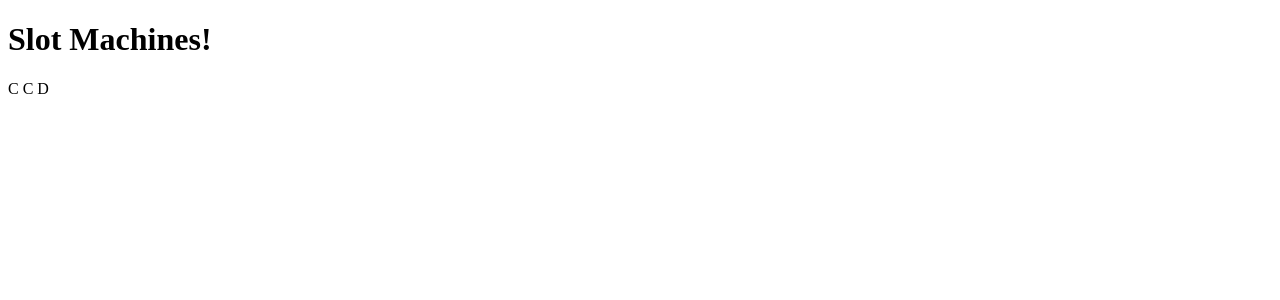
Repository: randy918/colt-react
Page: index.html
An editor plug-in stored every save of this project. The page is shown before and after the next save, followed by the edit.
The browser window is 1280 px wide. The pictures show the whole page.

Above is the page before, as saved 2023-01-30 20:14:21.

### index.html
<!DOCTYPE html>
<html lang="en">

    <head>
        <meta charset="UTF-8">
        <meta http-equiv="X-UA-Compatible" content="IE=edge">
        <meta name="viewport" content="width=device-width, initial-scale=1.0">
        <!-- <link rel="style = stylesheet" href="css/main.css"> -->
        <title>JSX Demo</title>
    </head>

    <body>

        <div id="root"></div> <!-- where component goes-->

        <script src="https://unpkg.com/react/umd/react.development.js"></script>

        <script src="https://unpkg.com/react-dom/umd/react-dom.development.js"></script>

        <script src="https://unpkg.com/babel-standalone"></script>

        <script src="myfunctions.js"></script>
        <script src="SlotMachine.js" type="text/jsx"></script>
        <script src="index.js" type="text/jsx"></script>













    </body>

</html>

### myfunctions.js
//todo   function a(toAlert)
//todo   function c(toConsole)
//todo   function cr(toConsole)
//todo   function r(min, max)  Random integers, can be just 'max'
//todo   function getTime()--works! it is 72519.1414 format
//todo   function getCompleteDate()
//todo   function getMinute()
//todo   function getHour()
//todo   function getHour00()
//todo   function get24Hour()
//todo   function get24Hour00()
//todo   function getDay()
//todo   function getDay00()
//todo   function getMonth()
//todo   function getMonth00()
//todo   function getYear()
//todo   function getYear00()
//todo   function t()    eternal timestamp long number
//todo   function placeText(myIdClass, text)   unsure if it works?
//todo   function placeText2(myIdClass, text)   unsure if it works?
//todo   function getText(myIdClass)....brings whole line incl. tags
//todo   function getInnerText(myIdClass)
//todo   function getOuterText(myIdClass)
//todo   function addClass(myIdClass, newClass)
//todo   function removeClass(myIdClass, removeClass)
//todo   function changeBackgroundColor(myIdClass, color)
//todo   function changeTypeColor(myIdClass, color)
//todo   function changeTypeSize(myIdClass, size)
//todo   function addCSSText(myIdClass, text)

function a(toAlert) {
  alert(toAlert);
}

function c(toConsole) {
    //  var styles = [
    //      // 'font-size: 30px', 'font-family: Times New Roman,Times, serif ,
    //      'font-family: Overpass', 'font-size: 12px'
    //  ].join(';');
    console.log(toConsole);
}
// function c(toConsole) {
//      var styles = [
//          // 'font-size: 30px', 'font-family: Times New Roman,Times, serif ,
//          'font-family: Overpass', 'font-size: 12px'
//      ].join(';');
//     console.log(`%c` + toConsole, styles);
// }

function cy(toConsole) {
  var styles = [
    // 'font-size: 30px', 'font-family: Times New Roman,Times, serif ,
    "color: gold",
    "font-family: Overpass",
    "font-size: 1.5vh",
  ].join(";");
  console.log(`%c` + toConsole, styles);
}

function cr(toConsole) {
  var styles = [
    // 'font-size: 30px', 'font-family: Times New Roman,Times, serif ,
    "color: red",
    "font-family: Overpass",
    "font-size: 1.5vh",
  ].join(";");
  console.log(`%c` + toConsole, styles);
}

function cb(toConsole) {
  var styles = [
    // 'font-size: 30px', 'font-family: Times New Roman,Times, serif ,
    "color: blue",
    "font-family: Overpass",
    "font-size: 1.5vh",
  ].join(";");
  console.log(`%c` + toConsole, styles);
}

function cw(toConsole) {
  var styles = [
    // 'font-size: 30px', 'font-family: Times New Roman,Times, serif ,
    "color: white",
    "font-family: Overpass",
    "font-size: 1.5vh",
  ].join(";");
  console.log(`%c` + toConsole, styles);
}

function cg(toConsole) {
  var styles = [
    // 'font-size: 30px', 'font-family: Times New Roman,Times, serif ,
    "color: white",
    "font-family: Overpass",
    "font-size: 1.5vh",
  ].join(";");
  console.log(`%c` + toConsole, styles);
}

function cbig(toConsole) {
  var styles = [
    // 'font-size: 40px', 'font-family: Times New Roman,Times, serif ,
    "color: yellow",
    "font-family: Overpass",
    "font-size: 2vh",
  ].join(";");
  console.log(`%c` + toConsole, styles);
}

function r(min, max) {
  // 2.0, accepts single value for 1-x
  if (max === undefined) {
    max = min;
    min = 1;
  }
  const randomNumber = min - 1 + Math.ceil(Math.random() * (max + 1 - min));
  return randomNumber;
}
// may not be a real function
function getTime() {
  var today = new Date();
  var codeMonth = today.getMonth() + 1;
  var codeDay = today.getDate();
  if (codeDay < 10) {
    codeDay = "0" + codeDay;
  }
  var codeMinute = today.getMinutes();
  var codeHour = today.getHours();
  if (codeMinute < 10) {
    codeMinute = "0" + codeMinute;
  }
  if (codeHour < 10) {
    codeHour = "0" + codeHour;
  }
  var codeYear = today.getFullYear() - 2000;
  var dateTime =
    codeMonth + "" + codeDay + "" + codeYear + "." + codeHour + "" + codeMinute;
  //  document.getElementById(`timeStamp`).innerHTML = moment().format('MMMM Do, YYYY [at] h:mm a');
  t = setTimeout(function () {
    getTime();
    getTime();
    TweenMax.to("#timeStamp", 3, {
      rotationX: 360,
    });
  }, 30000);
  return dateTime;
}

function getCompleteDate() {
  const today = new Date();
  return today;
}

function getMinute() {
  const today = new Date();
  const codeMinute = today.getMinutes();
  if (codeMinute < 10) {
    codeMinute = "0" + codeMinute;
  }
  return codeMinute;
}

function getMinute00() {
  const today = new Date();
  const codeMinute = today.getMinutes();
  if (codeMinute < 10) {
    codeMinute = "0" + codeMinute;
  }
  return codeMinute;
}

function getHour() {
  const today = new Date();
  const codeHour = today.getHours();
  if (codeHour > 12) {
    codeHour = codeHour - 12;
  }
  return codeHour;
}

function getHour00() {
  const today = new Date();
  const codeHour = today.getHours();
  if (codeHour > 12) {
    codeHour = codeHour - 12;
  }
  if (codeHour < 10) {
    codeHour = "0" + codeHour;
  }
  return codeHour;
}

function get24Hour() {
  const today = new Date();
  const codeHour = today.getHours();
  return codeHour;
}

function get24Hour00() {
  const today = new Date();
  const codeHour = today.getHours();
  if (codeHour < 10) {
    codeHour = "0" + codeHour;
  }
  return codeHour;
}

function getDay00() {
  const today = new Date();
  const codeDay = today.getDate();
  if (codeDay < 10) {
    codeDay = "0" + codeDay;
  }
  return codeDay;
}

function getDay() {
  const today = new Date();
  const codeDay = today.getDate();
  return codeDay;
}

function getMonth00() {
  const today = new Date();
  const codeMonth = today.getMonth() + 1;
  if (codeMonth < 10) {
    codeMonth = "0" + codeMonth;
  }
  return codeMonth;
}

function getMonth() {
  const today = new Date();
  const codeMonth = today.getMonth() + 1;
  return codeMonth;
}

function getYear00() {
  const today = new Date();
  const codeYear = today.getYear() - 100;
  if (codeYear < 10) {
    codeMYear = "0" + codeYear;
  }
  return codeYear;
}

function getYear() {
  const today = new Date();
  const codeYear = today.getYear() + 1900;
  return codeYear;
}

// function t() {
//     const now = new Date();
//     eventTimestamp = now.getTime();
//     // c(eventTimestamp);
//     return (eventTimestamp);
// }
//    !  72419.1659 DOM MANIPULATION
//!
//!  placeText   element name, and text to put there--runs loosely?

function placeText(myIdClass, text) {
  const myElement = document.querySelector(myIdClass);
  myElement.innerText = text;
}
//    the function is longer than the original
// $(myIdClass).text(text)   <---works
function placeText2(myIdClass, text) {
  $(myIdClass).text(text);
}
function getText(myIdClass) {
  return document.querySelector(myIdClass);
}

function getInnerText(myIdClass) {
  return document.querySelector(myIdClass).innerHTML;
}

function getOuterText(myIdClass) {
  return document.querySelector(myIdClass).outerHTML;
}

function addClass(myIdClass, newClass) {
  document.querySelector(myIdClass).classList.add(newClass);
}

function removeClass(myIdClass, removeClass) {
  document.querySelector(myIdClass).classList.remove(removeClass);
}
// not sure what this one is for now
function containsClass(myIdClass, containsClass) {
  document.querySelector(myIdClass).classList.contains(containsClass);
}
// above, can switch and toggle  also  mmtuts YOUTUBE 29-31 USING JAVASCRIPT
function changeBackgroundColor(myId, color) {
  document.getElementById(myId).style.background = color;

  // document.querySelector(myIdClass).style.backgroundColor = color;
}

function changeTypeColor(myIdClass, color) {
  document.querySelector(myIdClass).style.color = color;
}

function changeTypeSize(myIdClass, size) {
  document.querySelector(myIdClass).style.fontSize = size;
}

function addCSSText(myIdClass, text) {
  document.querySelector(myIdClass).style.cssText = text;
}

//!  72519.1714    Common Basic VARIABLE ARRAYS
var theDay = new Array(
  "Zero",
  "Sunday",
  "Monday",
  "Tuesday",
  "Wednesday",
  "Thursday",
  "Friday",
  "Saturday"
);
var theDayMin3 = new Array(
  "Zero",
  "Sun.",
  "Mon.",
  "Tues.",
  "Wed.",
  "Thurs.",
  "Fri.",
  "Sat."
);
var theDayMin2 = new Array("Zero", "S", "M", "Tu", "W", "Th", "F", "S");
var theDayMin1 = new Array("Zero", "S", "M", "T", "W", "T", "F", "S");
var theMonth = new Array(
  "Zero",
  "January",
  "February",
  "March",
  "April",
  "May",
  "June",
  "July",
  "August",
  "September",
  "October",
  "November",
  "December"
);
var theMonthMin = new Array(
  "Zero",
  "Jan.",
  "Feb.",
  "Mar.",
  "Apr.",
  "May",
  "June",
  "July",
  "Aug.",
  "Sept.",
  "Oct.",
  "Nov.",
  "Dec."
);

### SlotMachine.js
function getSlots() {
return slotItems[r(4)];
    }


const slotItems = ["S", "H", "C", "D"];
const sTitle = "Slot Machines!";
const s1 = getSlots();
const s2 = getSlots();
const s3 = getSlots();



class SlotMachine extends React.Component {


	render() {

		return (
			<div>
				<h1>{sTitle}</h1>
				<p>{s1} {s2} {s3}</p>
			</div>
		);
	}
}

### index.js
class App extends React.Component {
	render() {
		return (
			<div>
				<SlotMachine />
			</div>
		);
	}
}

ReactDOM.render(<App />, document.getElementById("root"));

After the next save:
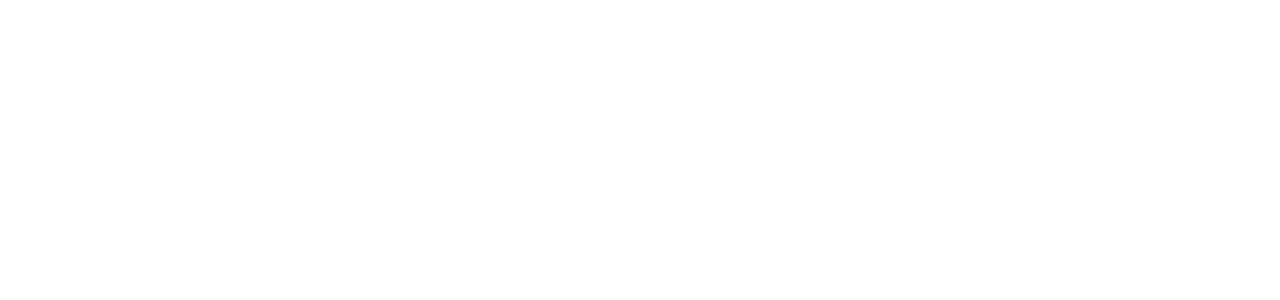
Console error (its wording comes from the project's code and is left out).
Saved 10 min 40 s later.
--- a/SlotMachine.js
+++ b/SlotMachine.js
@@ -3,7 +3,7 @@
     }
 
 
-const slotItems = ["S", "H", "C", "D"];
+const slotItems = [♠️, "H", "C", "D"];
 const sTitle = "Slot Machines!";
 const s1 = getSlots();
 const s2 = getSlots();

After the save that followed:
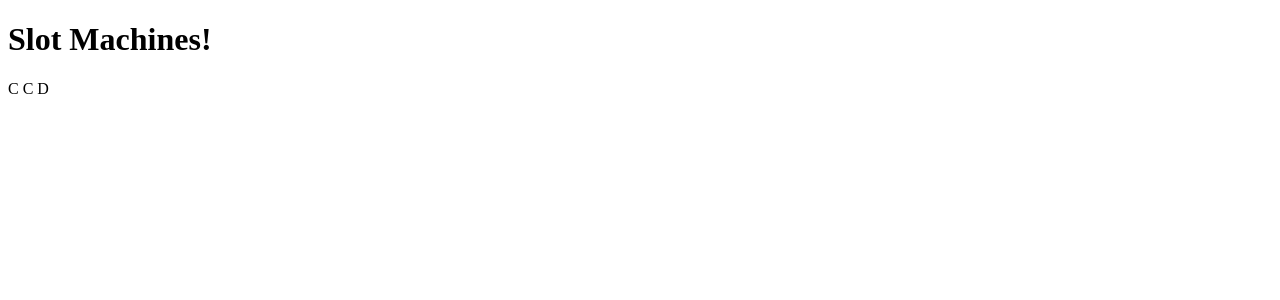
The error is gone.
Saved 4 s later.
--- a/SlotMachine.js
+++ b/SlotMachine.js
@@ -3,7 +3,7 @@
     }
 
 
-const slotItems = [♠️, "H", "C", "D"];
+const slotItems = ["S", "H", "C", "D"];
 const sTitle = "Slot Machines!";
 const s1 = getSlots();
 const s2 = getSlots();
